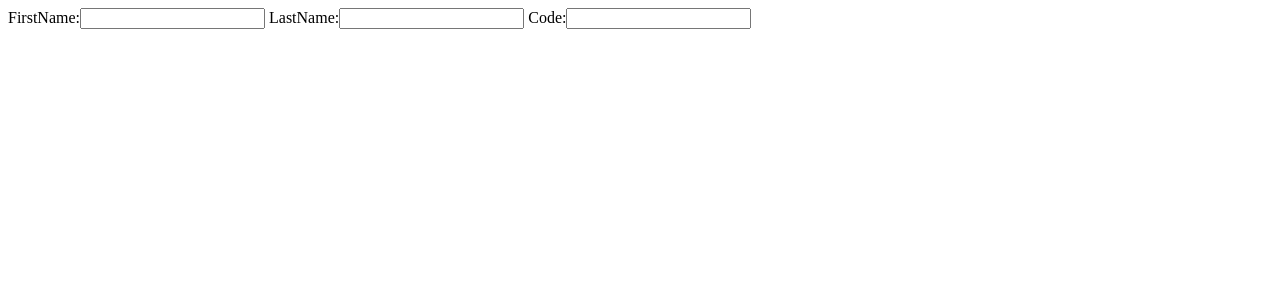
Repository: ramakrishnan1997/ram_javatraining
Page: javascript/src/main/webapp/jsvalidation.html
An editor plug-in stored every save of this project. The page is shown before and after the next save, followed by the edit.
The browser window is 1280 px wide. The pictures show the whole page.

Above is the page before, as saved 2022-06-29 08:46:31.

### javascript/src/main/webapp/jsvalidation.html
<!DOCTYPE html>
<html>
<head>
<meta charset="UTF-8">
<title>Using JavaScript</title>
</head>
<body>
<form action="welcome.html" id="regForm">

FirstName:<input type="text" name="firstname" id="firstname"/>
LastName:<input type="text" name="lasname" id="lastname"/>
Code:<input type="text" name="code" id="code"/>
</form>
<script type="text/javascript" src="scripts/validation.js"></script>
</body>
</html>

Loaded but not shown: javascript/src/main/webapp/scripts/validation.js (common file)

After the next save:
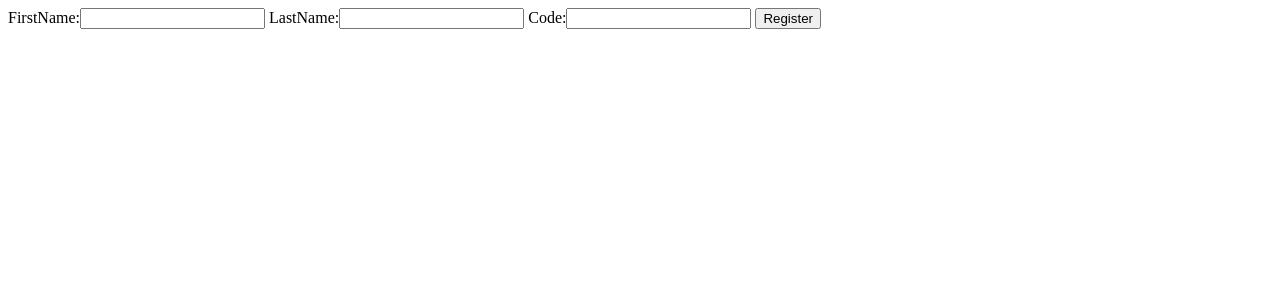
Saved 3 min 24 s later.
--- a/javascript/src/main/webapp/jsvalidation.html
+++ b/javascript/src/main/webapp/jsvalidation.html
@@ -10,6 +10,7 @@
 FirstName:<input type="text" name="firstname" id="firstname"/>
 LastName:<input type="text" name="lasname" id="lastname"/>
 Code:<input type="text" name="code" id="code"/>
+<input type="submit" value="Register"/>
 </form>
 <script type="text/javascript" src="scripts/validation.js"></script>
 </body>
